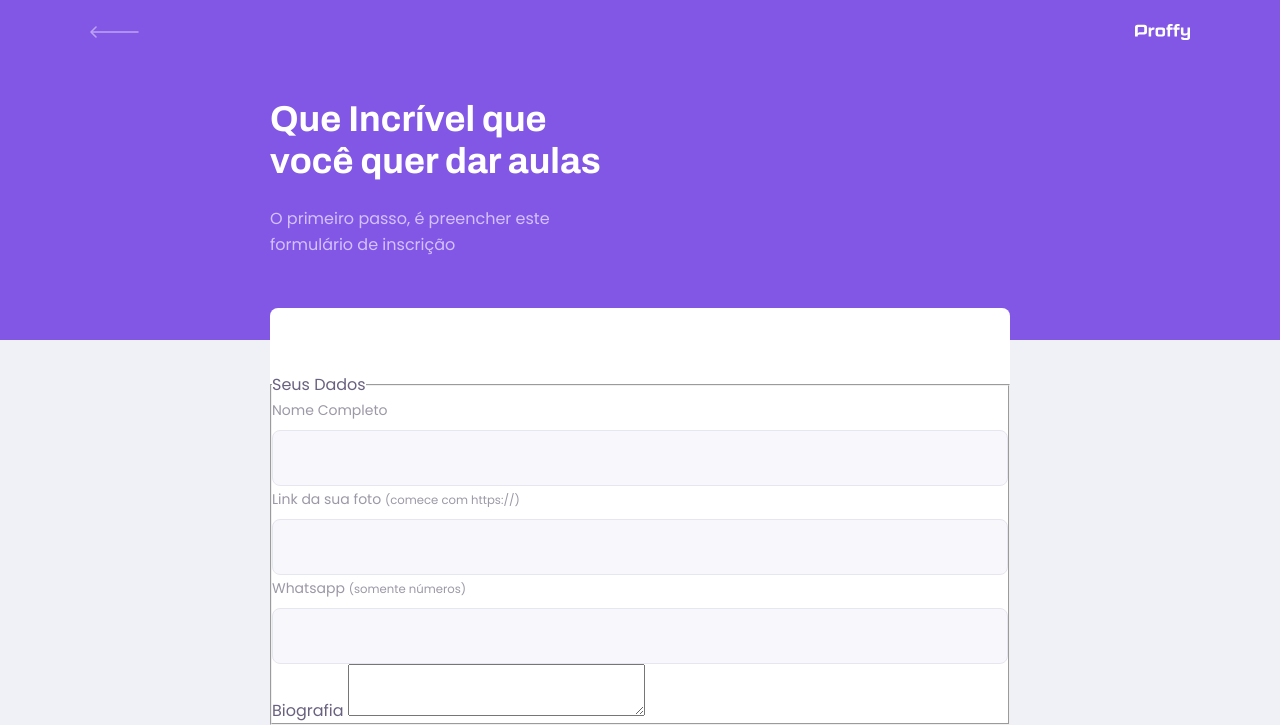
Repository: LukeVersus/NLW
Page: give-classes.html
These files come from the project's save history. The page is drawn as it stood at one moment and after the next save; the edit follows.
The browser window is 1280 px wide. The pictures show the whole page.

Above is the page before, as saved 2020-08-05 21:36:59.

### give-classes.html
<!DOCTYPE html>
<html lang="pt_br">
<head>
    <meta charset="UTF-8">
    <meta name="viewport" content="width=device-width, initial-scale=1.0">
    <title>Proffy | Sua Plataforma de Estudos Online</title>
    <link rel="stylesheet" href="/styles/main.css">
    <link rel="stylesheet" href="/styles/partials/header.css">
    <link rel="stylesheet" href="/styles/partials/forms.css">
    <link rel="stylesheet" href="/styles/partials/page-give-classes.css">
    <link href="https://fonts.googleapis.com/css2?family=Archivo:wght@400;700&amp;family=Poppins:wght@400;600&amp;display=swap" rel="stylesheet">

</head>
<body id="page-give-classes">

    <div id="container">
        <header class="page-header">
            <div class="top-bar-container">
                <a href="/">
                    <img src="/images/icons/back.svg" alt="Voltar">
                </a>
                <img src="/images/logo.svg" alt="Proffy">
            </div>
            <div class="header-content">
               <strong>Que Incrível que você quer dar aulas</strong>
               <p>O primeiro passo, é preencher este formulário de inscrição</p>
            </div>
        </header>
        <main>
           <form action="" id="create-class">
               <fieldset>
                   <legend>Seus Dados</legend>
                   <div class="input-block">
                       <label for="name">Nome Completo</label>
                       <input name="name" id="name" required>
                   </div>
                   <div class="input-block">
                       <label for="avatar">Link da sua foto <small>(comece com https://)</small></label>
                       <input name="avatar" id="avatar" type="url" required>
                   </div>
                   <div class="input-block">
                       <label for="whatsapp">Whatsapp <small>(somente números)</small></label>
                       <input name="whatsapp" id="whatsapp" type="number" required>
                   </div>
                   <div class="textarea-block">
                       <label for="bio">Biografia</label>
                       <textarea name="bio" id="bio" required></textarea>
                   </div>
               </fieldset>
           </form>
        </main>
    </div>


</body>
</html>

### styles/main.css
:root{
    --color-background: #F0F0F7;
    --color-primary-lighter: #9871F5;
    --color-primary-light: #916BEA;
    --color-primary: #8257E5;
    --color-primary-dark: #774DD6;
    --color-primary-darker: #6842C2;
    --color-secondary: #04D361;
    --color-secondary-dark: #04BF58;
    --color-title-in-primary: #FFFFFF;
    --color-text-in-primary: #D4C2FF;
    --color-text-title: #32264D;
    --color-text-complement: #9C98A6;
    --color-text-base: #6A6180;
    --color-line-in-white: #E6E6F0;
    --color-input-background: #F8F8FC;
    --color-button-text: #FFFFFF;
    --color-box-base: #FFFFFF;
    --color-box-footer: #FAFAFC;
    --color-small-info: #C1BCCC;
    /*tamanho da fonte padrão: 16px - 100% - 1rem */
    font-size: 60%; /*Controle das medidas rem e % */
}

* {
    margin: 0;
    padding: 0;
    box-sizing: border-box;
}

html, body{
    height: 100vh;
}

body{
    background: var(--color-background);
    display: flex;
    align-items: center;
    justify-content: center;
}

body, input, button, textarea{
    font: 500 1.6rem Poppins;
    color: var(--color-text-base);
}

#container{
    width: 90vw;
    max-width: 700px;
}

@media (min-width: 700px){
    :root{
        font-size: 62.5%;
    }
}

### styles/partials/header.css

.page-header{
    background-color: var(--color-primary);
    display: flex;
    flex-direction: column;
}

.page-header .top-bar-container{
    width: 90%;
    margin: 0 auto;
    display: flex;
    align-items: center;
    justify-content: space-between;
    padding: 1.6rem 0;
}

.page-header .top-bar-container a{
    height: 3.2rem;
    transition: opacity 0.2s;
}

.page-header .top-bar-container a:hover{
    opacity: 0.6;
}

.page-header .top-bar-container > img{
    height: 1.6rem;
}

.page-header .header-content{
    width: 90%;
    margin: 3.2rem auto;
    position: relative;
}

.page-header .header-content strong{
    font: 700 3.6rem Archivo;
    line-height: 4.2rem;
    color: var(--color-title-in-primary);
}

.page-header .header-content p{
    max-width: 30rem;
    font-size: 1.6rem;
    line-height: 2.6rem;
    color: var(--color-text-in-primary);
    margin-top: 2.4rem;
}


@media (min-width:700px){

    .page-header{
        height: 340px;
    }

    .page-header .top-bar-container{
        max-width: 1100px;
    }

    .page-header .header-content{
        max-width: 740px;
        margin: 0 auto;
        flex: 1 1;
        padding-bottom: 48px;
        display: flex;
        flex-direction: column;
        justify-content: center;
    }

    .page-header .header-content strong{
        max-width: 350px;
    }




}

### styles/partials/forms.css
.select-block label,
.input-block label{
    font-size: 1.4rem;
    color: var(--color-text-complement);
}

.input-block input,
.select-block select{
    width: 100%;
    height: 5.6rem;
    margin-top: 0.8rem;
    border-radius: 0.8rem;
    background: var(--color-input-background);
    border: 1px solid var(--color-line-in-white);
    outline: 0;
    padding: 0 1.6rem;
    font: 1.6rem Archivo;
}

.input-block{
    position: relative;
}

.input-block:focus-within::after{
    content: "";
    width: calc(100% - 3.2rem);
    height: 2px;
    background: var(--color-primary-light);
    position: absolute;
    left: 1.6rem;
    right: 1.6rem;
    bottom: 0;
}

### styles/partials/page-give-classes.css
#page-give-classes #container{
    width: 100vw;
    height: 100vh;
}

#page-give-classes main{
    background: var(--color-box-base);
    width: 100%;
    max-width: 74rem;
    border-radius: 0.8rem;
    margin: -3.2rem auto 3.2rem;
    padding-top: 6.4rem;
}

@media(min-width: 700px){
    #page-give-classes #container{
        max-width: 100vw;
    }
}

After the next save:
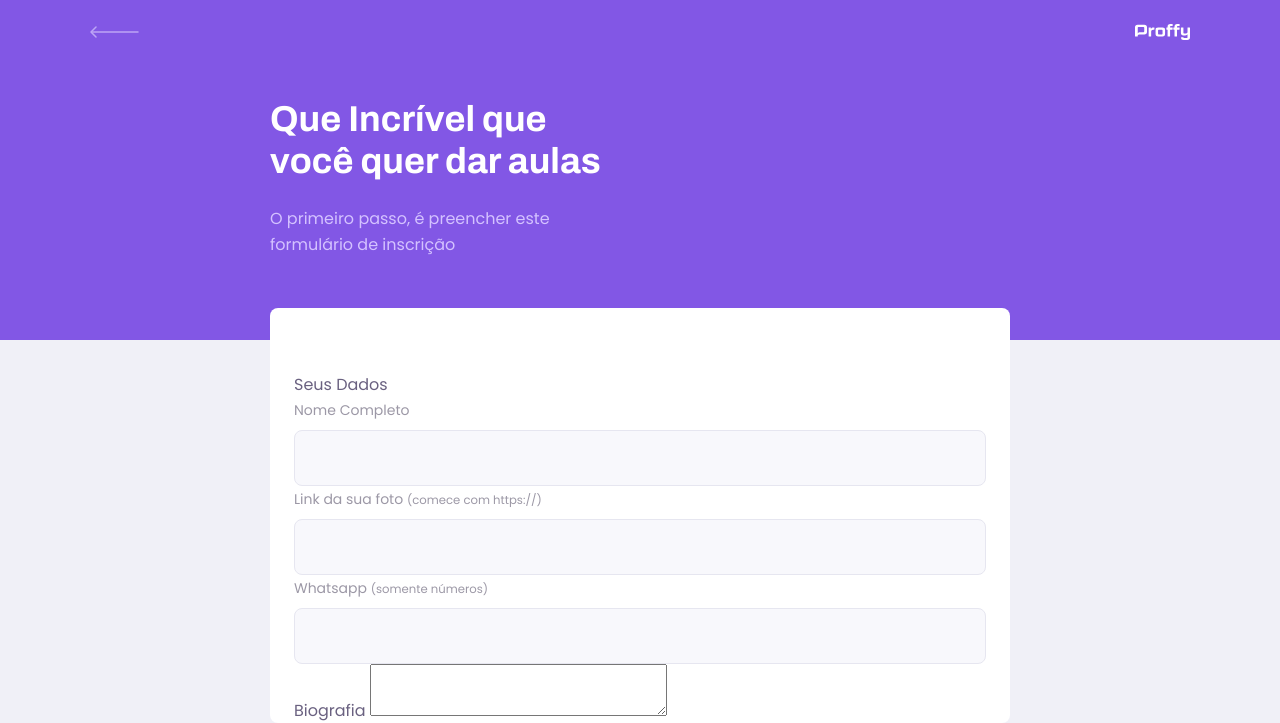
Saved 5 min 34 s later.
--- a/styles/partials/page-give-classes.css
+++ b/styles/partials/page-give-classes.css
@@ -12,6 +12,11 @@
     padding-top: 6.4rem;
 }
 
+#page-give-classes fieldset{
+    border: none;
+    padding: 0 2.4rem;
+}
+
 @media(min-width: 700px){
     #page-give-classes #container{
         max-width: 100vw;
